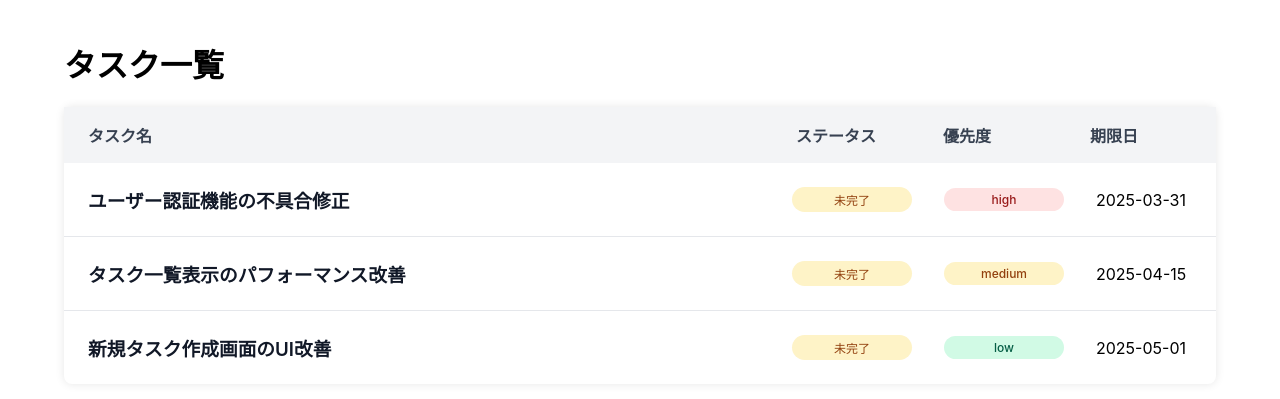
Repository: s1ros75/react-task-app
Page: /tasks
These files come from the project's save history. The page is drawn as it stood at one moment and after the next save; the edit follows.
The browser window is 1280 px wide. The pictures show the whole page.
The project was rebuilt for these pictures with package versions that can differ from the ones it lists, and the page was loaded fresh each time. Also part of the build but not shown: vite.config.ts, src/styles/home.module.css, src/pages/home/index.tsx.

Above is the page before, as saved 2026-01-16 00:46:30.

### src/main.tsx
import { StrictMode } from "react";
import { createRoot } from "react-dom/client";
import "./index.css";
import App from "./App.tsx";
import { BrowserRouter } from "react-router-dom";

const rootElement = document.getElementById("root");

createRoot(rootElement!).render(
  <StrictMode>
    <BrowserRouter>
      <App />
    </BrowserRouter>
  </StrictMode>
);

### src/index.css
:root {
  font-family: Inter, system-ui, Avenir, Helvetica, Arial, sans-serif;
}

body {
  margin: 0;
  padding: 0;
  font-family: var(--font-family);
}

### src/App.tsx
import { Route, Routes } from "react-router-dom";
import HomePage from "./pages/home";
import TaskListPage from "./pages/tasks/taskListPage";

function App() {
  return (
    <Routes>
      <Route path="/" element={<HomePage />} />
      <Route path="/tasks" element={<TaskListPage />} /> {/* タスク一覧ページのルーティング設定 */}
    </Routes>
  );
}

export default App;

### src/pages/tasks/taskListPage.tsx
import TaskListContainer from "../../features/tasks/containers/TaskListContainer";

export default function TaskListPage() {
  return (
    <div>
      <TaskListContainer /> {/* タスク一覧コンポーネントを読み込む */}
    </div>
  );
}

### src/features/tasks/containers/TaskListContainer.tsx
import { useEffect, useState } from "react";
import { getTasks } from "../hooks/getTasks";
import type { Task } from "../../../types/task";
import TaskCard from "../components/TaskCard";
import styles from "../styles/TaskListContainer.module.css";

export default function TaskListContainer() {
  const [tasks, setTasks] = useState<Task[]>([]);

  useEffect(() => {
    const fetchTasks = async () => {
      const fetchedTasks = await getTasks();
      setTasks(fetchedTasks);
    };
    fetchTasks();
  }, []);

  return (
    <div className={styles.container}>
      <h1>タスク一覧</h1>
      <div className={styles.tableContainer}>
        <div className={styles.header}>
          <div>タスク名</div>
          <div>ステータス</div>
          <div>優先度</div>
          <div>期限日</div>
        </div>
        <div className={styles.taskList}>
          {tasks.map((task) => (
            <TaskCard key={task.id} task={task} />
          ))}
        </div>
      </div>
    </div>
  );
}

### src/features/tasks/hooks/getTasks.ts
import type { Task } from "../../../types/task";
import { mockTasks } from "../mocks/task";

export const getTasks = (): Promise<Task[]> => {
  return new Promise((resolve) => {
    setTimeout(() => resolve([...mockTasks]));
  });
};

### src/features/tasks/components/TaskCard.tsx
import { Link } from "react-router-dom";
import type { Priority, Task } from "../../../types/task";
import styles from "../styles/taskCard.module.css";

type Props = {
  task: Task;
};

export default function TaskCard({ task }: Props) {
  // 優先度に応じたクラス名を返す関数
  const getPriorityClass = (priority: Priority): string => {
    switch (priority.toLowerCase()) {
      case "high":
        return styles.highPriority;
      case "medium":
        return styles.mediumPriority;
      case "low":
        return styles.lowPriority;
      default:
        return styles.defaultPriority;
    }
  };

  // ステータスに応じた表示ラベルを返す関数
  const getStatusLabel = (status: boolean): string => {
    return status ? "完了" : "未完了";
  };

  return (
    <div className={styles.taskCard}>
      <Link to={`/tasks/${task.id}`} className={styles.detailLink}>
        <h3 className={styles.taskTitle}>{task.title}</h3>
      </Link>
      <p className={`${styles.badge} ${task.status ? styles.completed : styles.incomplete}`}>
        {getStatusLabel(task.status)}
      </p>
      <p className={`${styles.badge} ${getPriorityClass(task.priority)}`}>{task.priority}</p>
      <p className={styles.taskDueDate}>{task.dueDate}</p>
    </div>
  );
}

### src/features/tasks/styles/TaskListContainer.module.css
.container {
  width: 90%;
  max-width: 1400px;
  margin: 40px auto;
}

.tableContainer {
  margin: 0 auto;
  background-color: white;
  border-radius: 0.5rem;
  box-shadow: 0 0 10px rgba(0, 0, 0, 0.1);
}

.header {
  display: grid;
  grid-template-columns: 1fr 115px 115px 110px;
  column-gap: 2rem;
  align-items: center;
  padding: 1rem 1rem 1rem 1.5rem;
  background-color: #f3f4f6;
  font-weight: 600;
  color: #374151;
}

.taskList {
  display: flex;
  flex-direction: column;
}

.taskList > *:not(:last-child) {
  border-bottom: 1px solid #e5e7eb;
}

### src/features/tasks/mocks/task.ts
import { Task } from "../../../types/task";

export const mockTasks: Task[] = [
  {
    id: 1,
    title: "ユーザー認証機能の不具合修正",
    description: "ユーザーがログイン時に、不正なトークンエラーが発生する問題を修正します。",
    status: false,
    priority: "high",
    dueDate: "2025-03-31",
    createdAt: "2025-02-17T10:00:00Z",
    updatedAt: "2025-02-17T10:00:00Z",
  },
  {
    id: 2,
    title: "タスク一覧表示のパフォーマンス改善",
    description:
      "タスク一覧ページで、タスクが大量にある場合の表示遅延を改善します。不要な再レンダリングを防ぐため、コンポーネントの最適化を実施してください。",
    status: false,
    priority: "medium",
    dueDate: "2025-04-15",
    createdAt: "2025-02-17T10:00:00Z",
    updatedAt: "2025-02-17T10:00:00Z",
  },
  {
    id: 3,
    title: "新規タスク作成画面のUI改善",
    description:
      "新規タスク作成画面の入力フォームのユーザビリティ向上を図ります。エラーメッセージの明示化や、入力フィールドのデザインを改善してください。",
    status: false,
    priority: "low",
    dueDate: "2025-05-01",
    createdAt: "2025-02-17T10:00:00Z",
    updatedAt: "2025-02-17T10:00:00Z",
  },
];

### src/features/tasks/styles/taskCard.module.css
.taskCard {
  display: grid;
  grid-template-columns: 1fr 120px 120px 120px;
  column-gap: 2rem;
  align-items: center;
  transition: background-color 0.2s ease;
}

.taskCard:hover {
  background-color: #f9fafb;
}

.detailLink {
  height: 100%;
  display: flex;
  align-items: center;
  text-decoration: none;
  padding-left: 1.5rem;
  transition: color 0.2s ease;
}

.detailLink:hover .taskTitle {
  color:rgb(56, 92, 202);
}

.taskTitle {
  font-weight: 600;
  color: #111827;
  margin: 0;
}

.badge {
  display: inline-block;
  padding: 0.25rem 0.5rem;
  margin: 1.5rem 0;
  border-radius: 9999px;
  font-size: 0.75rem;
  font-weight: 500;
  text-align: center;
  cursor: pointer;
}

.completed {
  background-color: #d1fae5;
  color: #065f46;
}

.incomplete {
  background-color: #fef3c7;
  color: #92400e;
}

.highPriority {
  background-color: #fee2e2;
  color: #991b1b;
}

.mediumPriority {
  background-color: #fef3c7;
  color: #92400e;
}

.lowPriority {
  background-color: #d1fae5;
  color: #065f46;
}

.defaultPriority {
  background-color: #e5e7eb;
  color: #374151;
}

.dueDate {
  color: #6b7280;
}

Loaded but not shown: index.html (common file)

After the next save:
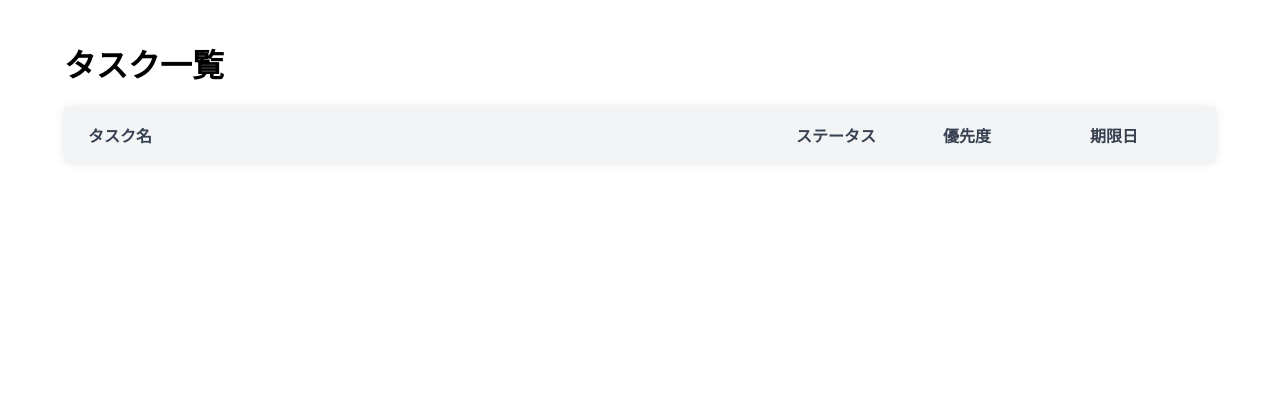
Console error: ReferenceError: getTasks is not defined
Saved 3 min 19 s later.
--- a/src/features/tasks/containers/TaskListContainer.tsx
+++ b/src/features/tasks/containers/TaskListContainer.tsx
@@ -1,5 +1,5 @@
 import { useEffect, useState } from "react";
-import { getTasks } from "../hooks/getTasks";
+import type { getTasks } from "../hooks/getTasks";
 import type { Task } from "../../../types/task";
 import TaskCard from "../components/TaskCard";
 import styles from "../styles/TaskListContainer.module.css";
